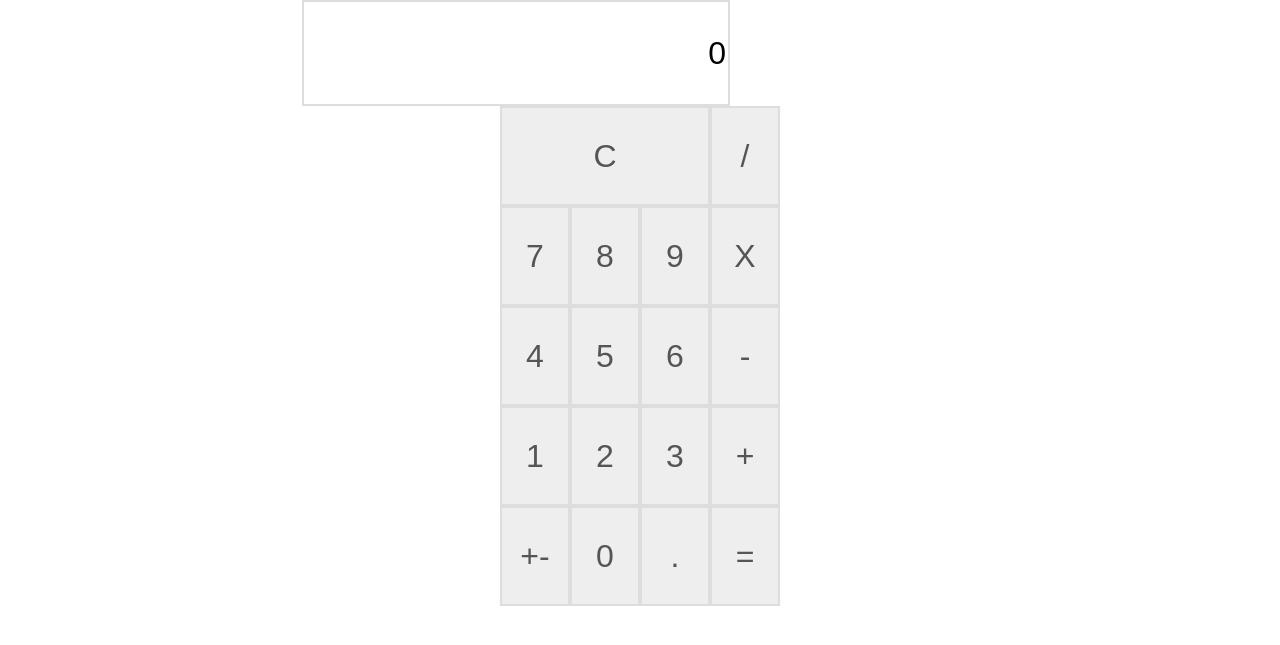
Repository: aaronmatei/react-calc
Page: /
These files come from the project's save history. The page is drawn as it stood at one moment and after the next save; the edit follows.
The browser window is 1280 px wide. The pictures show the whole page.
The project was rebuilt for these pictures with package versions that can differ from the ones it lists, and the page was loaded fresh each time.

Above is the page before, as saved 2019-12-13 11:09:54.

After the next save:
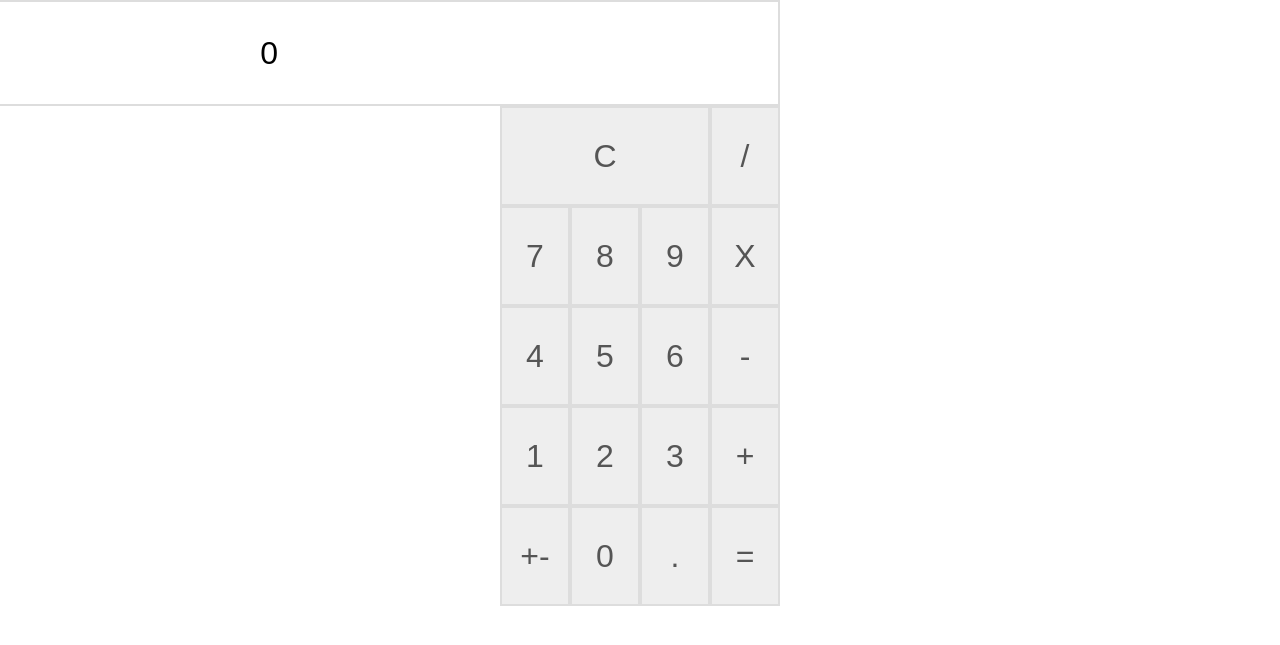
Saved 47 s later.
--- a/src/css/styles.css
+++ b/src/css/styles.css
@@ -29,4 +29,8 @@ input.result {
 	max-width: 100vw;
 	margin-right: 50px;
 	float: right;
+	padding-left: 500px;
+	padding-right: 500px;
+	margin-right: auto;
+	margin-left: auto;
 }
